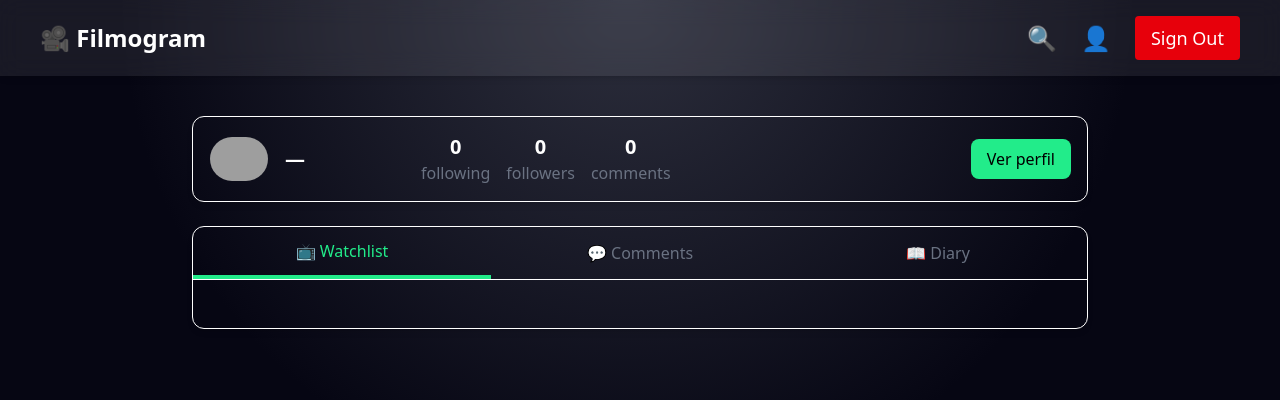
Repository: Leoonard1507/proyecto-final
Page: /client-profile
An editor plug-in stored every save of this project. The page is shown before and after the next save, followed by the edit.
The browser window is 1280 px wide. The pictures show the whole page.
Pictures or frames that could not be fetched are drawn as grey boxes. The page's requests for data from a server got no answer. The project was rebuilt for these pictures with package versions that can differ from the ones it lists, and the page was loaded fresh each time. The framework's server and built-in components were replaced by stand-ins that run in the browser. No one was signed in, and anything a server would have sent is missing. Also part of the build but not shown: next.config.ts, src/app/components/profileSections/userWatchlist.tsx, src/app/components/profileSections/userComments.tsx, src/app/components/profileSections/userDiary.tsx, src/libs/axios.ts, src/app/components/profileSections/searchFavsEdit.tsx, src/app/components/profileSections/addFavoritesModal.tsx, src/app/components/profileSections/FavMoviesList.tsx.

Above is the page before, as saved 2025-05-26 13:42:02.

After the next save:
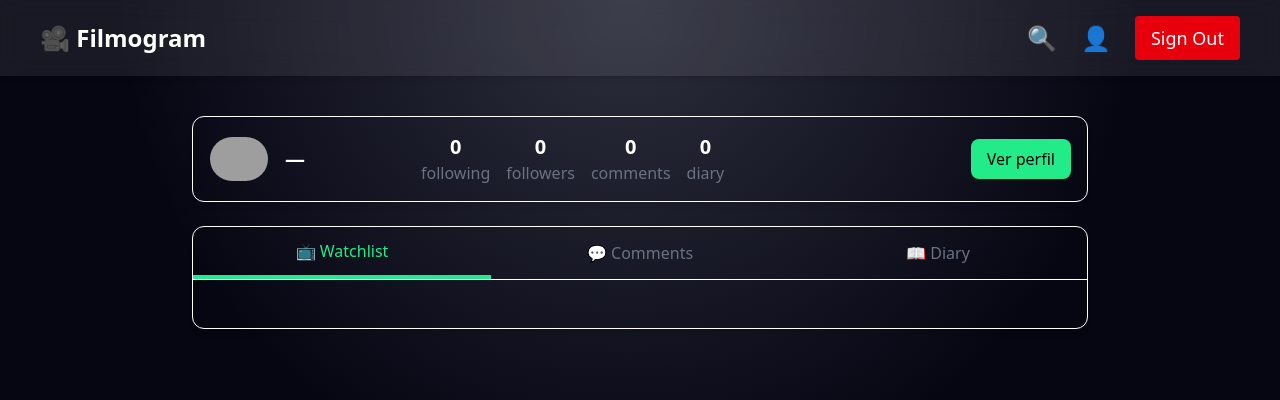
Saved 31 s later.
--- a/src/app/client-profile/page.tsx
+++ b/src/app/client-profile/page.tsx
@@ -183,6 +183,12 @@ export default function ProfilePage() {
                  {commentsCount !== null ? commentsCount : "0"}
               </span>
               <span className="text-base text-gray-500">comments</span>
+            </div>
+            <div className="flex flex-col items-center">
+              <span className="text-base font-semibold text-xl">
+                 {commentsCount !== null ? commentsCount : "0"}
+              </span>
+              <span className="text-base text-gray-500">diary</span>
             </div>
           </div>
           <button
